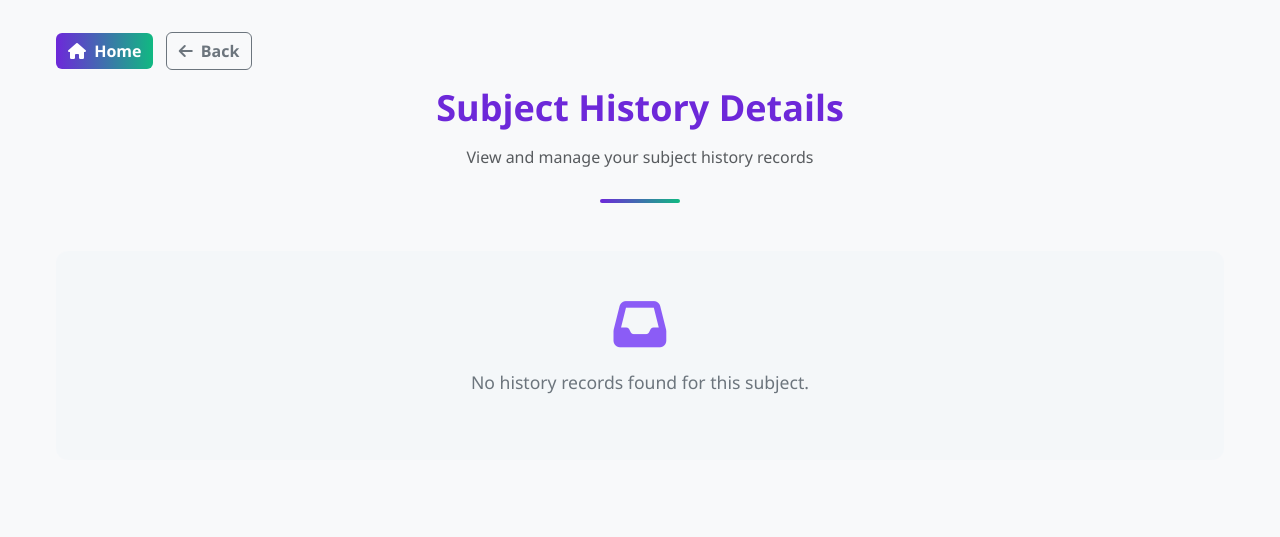
Repository: krishgobi/MedicoApp
Page: templates/subject_history_details.html
An editor plug-in stored every save of this project. The page is shown before and after the next save, followed by the edit.
The browser window is 1280 px wide. The pictures show the whole page.
The page is served by the project's application, run on Flask 3 (chatbot_gemini_backend.py). The template is opened directly, without the code that normally fills it, so the values that code supplies are empty.

Above is the page before, as saved 2025-06-24 18:48:37.

### templates/subject_history_details.html
<!DOCTYPE html>
<html lang="en">
<head>
    <meta charset="UTF-8">
    <meta name="viewport" content="width=device-width, initial-scale=1.0">
    <title>Subject History Details</title>
    <!-- Bootstrap 5 CSS -->
    <link href="https://cdn.jsdelivr.net/npm/bootstrap@5.3.0/dist/css/bootstrap.min.css" rel="stylesheet">
    <!-- Font Awesome -->
    <link rel="stylesheet" href="https://cdnjs.cloudflare.com/ajax/libs/font-awesome/6.4.0/css/all.min.css">
    <!-- Animate.css -->
    <link rel="stylesheet" href="https://cdnjs.cloudflare.com/ajax/libs/animate.css/4.1.1/animate.min.css">
    <!-- Custom CSS -->
    <style>
        :root {
            --primary: #6d28d9;
            --primary-light: #8b5cf6;
            --primary-dark: #4c1d95;
            --secondary: #10b981;
            --accent: #f59e0b;
            --danger: #ef4444;
            --dark: #1e293b;
            --light: #ffffff;
            --gray: #6c757d;
            --light-gray: #e9ecef;
            --transition-speed: 0.3s;
            --transition-easing: cubic-bezier(0.4, 0, 0.2, 1);
        }

        body {
            font-family: 'Segoe UI', 'Inter', -apple-system, BlinkMacSystemFont, sans-serif;
            background-color: #f8f9fa;
            color: #212529;
            line-height: 1.6;
        }

        /* Main Container */
        .main-container {
            max-width: 1200px;
            margin: 2rem auto;
            padding: 0 1rem;
            animation: fadeIn 0.6s var(--transition-easing);
        }

        @keyframes fadeIn {
            from { opacity: 0; transform: translateY(20px); }
            to { opacity: 1; transform: translateY(0); }
        }

        /* Page Header */
        .page-header {
            text-align: center;
            margin-bottom: 3rem;
            position: relative;
            padding-bottom: 1rem;
        }

        .page-header h1 {
            font-weight: 700;
            color: var(--primary);
            font-size: 2.25rem;
            margin-bottom: 1rem;
        }

        .page-header::after {
            content: '';
            position: absolute;
            bottom: 0;
            left: 50%;
            transform: translateX(-50%);
            width: 80px;
            height: 4px;
            background: linear-gradient(90deg, var(--primary) 0%, var(--secondary) 100%);
            border-radius: 2px;
        }

        /* History List */
        .history-list {
            list-style: none;
            padding: 0;
            display: flex;
            flex-direction: column;
            gap: 1.5rem;
        }

        /* History Card */
        .history-card {
            background-color: var(--light);
            border-radius: 0.75rem;
            box-shadow: 0 0.5rem 1rem rgba(0, 0, 0, 0.08);
            padding: 2rem;
            position: relative;
            overflow: hidden;
            border-left: 4px solid var(--primary);
            transition: all var(--transition-speed) var(--transition-easing);
            animation: fadeInUp 0.5s var(--transition-easing);
            animation-fill-mode: both;
        }

        @keyframes fadeInUp {
            from { opacity: 0; transform: translateY(20px); }
            to { opacity: 1; transform: translateY(0); }
        }

        .history-card:hover {
            transform: translateY(-5px);
            box-shadow: 0 1rem 2rem rgba(0, 0, 0, 0.12);
        }

        /* Staggered animations for cards */
        .history-card:nth-child(1) { animation-delay: 0.1s; }
        .history-card:nth-child(2) { animation-delay: 0.2s; }
        .history-card:nth-child(3) { animation-delay: 0.3s; }
        .history-card:nth-child(n+4) { animation-delay: 0.4s; }

        /* Card Content */
        .card-field {
            margin-bottom: 1rem;
            display: flex;
            flex-wrap: wrap;
        }

        .card-field strong {
            color: var(--primary-dark);
            font-weight: 600;
            min-width: 160px;
            margin-right: 1rem;
        }

        .card-field p {
            margin: 0;
            color: var(--dark);
            flex: 1;
        }

        /* Action Buttons */
        .action-buttons {
            position: absolute;
            top: 1.5rem;
            right: 1.5rem;
            display: flex;
            gap: 0.75rem;
        }

        .action-btn {
            width: 2.5rem;
            height: 2.5rem;
            border-radius: 50%;
            display: flex;
            align-items: center;
            justify-content: center;
            font-size: 1rem;
            cursor: pointer;
            transition: all var(--transition-speed) var(--transition-easing);
            border: none;
            color: white;
            box-shadow: 0 2px 8px rgba(0, 0, 0, 0.1);
        }

        .action-btn:hover {
            transform: scale(1.1);
        }

        .share-btn {
            background-color: var(--primary);
        }

        .share-btn:hover {
            background-color: var(--primary-light);
        }

        .download-btn {
            background-color: var(--secondary);
        }

        .download-btn:hover {
            background-color: #34d399;
        }

        /* Extra Fields Section */
        .extra-fields {
            margin-top: 1.5rem;
            padding-top: 1.5rem;
            border-top: 1px dashed var(--light-gray);
        }

        .extra-fields strong {
            display: block;
            margin-bottom: 0.5rem;
        }

        /* Empty State */
        .empty-state {
            text-align: center;
            padding: 3rem;
            background-color: rgba(241, 245, 249, 0.5);
            border-radius: 0.75rem;
            color: var(--gray);
            font-size: 1.1rem;
            animation: fadeIn 0.6s var(--transition-easing);
        }

        /* Ripple Effect */
        .ripple {
            position: absolute;
            border-radius: 50%;
            background-color: rgba(255, 255, 255, 0.4);
            transform: scale(0);
            animation: ripple var(--transition-speed) linear;
            pointer-events: none;
        }

        @keyframes ripple {
            to {
                transform: scale(4);
                opacity: 0;
            }
        }

        /* Responsive Design */
        @media (max-width: 768px) {
            .main-container {
                margin: 1rem auto;
            }

            .page-header h1 {
                font-size: 1.75rem;
            }

            .history-card {
                padding: 1.5rem;
            }

            .card-field strong {
                min-width: 120px;
                margin-bottom: 0.25rem;
            }

            .action-buttons {
                top: 1rem;
                right: 1rem;
            }

            .action-btn {
                width: 2.2rem;
                height: 2.2rem;
                font-size: 0.9rem;
            }
        }

        @media (max-width: 576px) {
            .page-header h1 {
                font-size: 1.5rem;
            }

            .history-card {
                padding: 1.25rem;
            }

            .card-field strong {
                min-width: 100%;
                margin-bottom: 0.25rem;
            }
        }
    </style>
</head>
<body>
    <div class="main-container">
        <div class="d-flex justify-content-between align-items-center mb-3">
            <div>
                <a href="/dashboard" class="btn btn-primary me-2" style="background: linear-gradient(90deg, var(--primary) 0%, var(--secondary) 100%); border: none; font-weight: 600;">
                    <i class="fas fa-home me-1"></i> Home
                </a>
                <button onclick="window.history.back()" class="btn btn-outline-secondary" style="font-weight: 600;">
                    <i class="fas fa-arrow-left me-1"></i> Back
                </button>
            </div>
        </div>

        <div class="page-header">
            <h1>Subject History Details</h1>
            <p class="text-muted">View and manage your subject history records</p>
        </div>

        {% if subjects %}
            <ul class="history-list">
                {% for entry in subjects %}
                    <li class="history-card">
                        <div class="action-buttons">
                            <button class="action-btn download-btn" title="Download"
                                onclick="downloadAsText(`Subject Name: {{ entry.namesub }}\nPosting Name: {{ entry.posting_name }}\nPatient Name: {{ entry.patient_name }}\nDisease Details: {{ entry.disease_detail }}\nRemarks: {{ entry.remarks }}\nDate: {{ entry.date }}\nDuration: {{ entry.duration_date }}\nRemainder Date: {{ entry.remainder_date }}\nRemainder Time: {{ entry.remainder_time }}{% if entry.extra_fields %}\nExtra Fields: {{ entry.extra_fields }}{% endif %}`, '{{ entry.namesub }}-history.txt')">
                                <i class="fas fa-download"></i>
                            </button>
                            <button class="action-btn share-btn" title="Share as PDF"
                                onclick="shareCardAsPDF(`Subject Name: {{ entry.namesub }}\nPosting Name: {{ entry.posting_name }}\nPatient Name: {{ entry.patient_name }}\nDisease Details: {{ entry.disease_detail }}\nRemarks: {{ entry.remarks }}\nDate: {{ entry.date }}\nDuration: {{ entry.duration_date }}\nRemainder Date: {{ entry.remainder_date }}\nRemainder Time: {{ entry.remainder_time }}{% if entry.extra_fields %}\nExtra Fields: {{ entry.extra_fields }}{% endif %}`,'{{ entry.namesub }}-history.pdf')">
                                <i class="fas fa-file-pdf"></i>
                            </button>
                        </div>

                        <div class="card-field">
                            <strong>Subject Name:</strong>
                            <p>{{ entry.namesub }}</p>
                        </div>

                        <div class="card-field">
                            <strong>Posting Name:</strong>
                            <p>{{ entry.posting_name }}</p>
                        </div>

                        <div class="card-field">
                            <strong>Patient Name:</strong>
                            <p>{{ entry.patient_name }}</p>
                        </div>

                        <div class="card-field">
                            <strong>Disease Details:</strong>
                            <p>{{ entry.disease_detail }}</p>
                        </div>

                        <div class="card-field">
                            <strong>Remarks:</strong>
                            <p>{{ entry.remarks }}</p>
                        </div>

                        <div class="card-field">
                            <strong>Date:</strong>
                            <p>{{ entry.date }}</p>
                        </div>

                        <div class="card-field">
                            <strong>Duration:</strong>
                            <p>{{ entry.duration_date }}</p>
                        </div>

                        <div class="card-field">
                            <strong>Remainder Date:</strong>
                            <p>{{ entry.remainder_date }}</p>
                        </div>

                        <div class="card-field">
                            <strong>Remainder Time:</strong>
                            <p>{{ entry.remainder_time }}</p>
                        </div>

                        {% if entry.extra_fields %}
                            <div class="extra-fields">
                                <div class="card-field">
                                    <strong>Extra Fields:</strong>
                                    <p>{{ entry.extra_fields }}</p>
                                </div>
                            </div>
                        {% endif %}
                    </li>
                {% endfor %}
            </ul>
        {% else %}
            <div class="empty-state">
                <i class="fas fa-inbox fa-3x mb-3" style="color: var(--primary-light);"></i>
                <p>No history records found for this subject.</p>
            </div>
        {% endif %}
    </div>

    <!-- Bootstrap JS Bundle with Popper -->
    <script src="https://cdn.jsdelivr.net/npm/bootstrap@5.3.0/dist/js/bootstrap.bundle.min.js"></script>

    <script>
        // Add ripple effect to buttons
        document.addEventListener('click', function(e) {
            if (e.target.closest('.action-btn')) {
                const btn = e.target.closest('.action-btn');
                const rect = btn.getBoundingClientRect();
                const ripple = document.createElement('span');
                ripple.classList.add('ripple');
                ripple.style.width = ripple.style.height = Math.max(rect.width, rect.height) + 'px';
                ripple.style.left = e.clientX - rect.left - ripple.offsetWidth / 2 + 'px';
                ripple.style.top = e.clientY - rect.top - ripple.offsetHeight / 2 + 'px';
                btn.appendChild(ripple);

                setTimeout(() => {
                    ripple.remove();
                }, 600);
            }
        });

        // Share function
        function shareCard(text) {
            if (navigator.share) {
                navigator.share({
                    title: 'Subject History Details',
                    text: text
                }).catch(() => {});
            } else {
                navigator.clipboard.writeText(text);
                alert('Details copied to clipboard!');
            }
        }

        // Download as text file
        function downloadAsText(text, filename) {
            const blob = new Blob([text], { type: 'text/plain' });
            const url = URL.createObjectURL(blob);
            const a = document.createElement('a');
            a.href = url;
            a.download = filename || 'subject-history.txt';
            document.body.appendChild(a);
            a.click();
            document.body.removeChild(a);
            URL.revokeObjectURL(url);
        }

        // Share as PDF function
        function shareCardAsPDF(text, filename) {
            // Dynamically load jsPDF if not already loaded
            if (typeof window.jspdf === 'undefined') {
                var script = document.createElement('script');
                script.src = 'https://cdnjs.cloudflare.com/ajax/libs/jspdf/2.5.1/jspdf.umd.min.js';
                script.onload = function() { generateAndSharePDF(text, filename); };
                document.head.appendChild(script);
            } else {
                generateAndSharePDF(text, filename);
            }
        }

        function generateAndSharePDF(text, filename) {
            const { jsPDF } = window.jspdf || window.jspdf_umd;
            const doc = new jsPDF();
            const lines = doc.splitTextToSize(text, 180);
            doc.text(lines, 15, 20);
            const pdfBlob = doc.output('blob');
            const pdfFile = new File([pdfBlob], filename || 'subject-history.pdf', { type: 'application/pdf' });
            if (navigator.canShare && navigator.canShare({ files: [pdfFile] })) {
                navigator.share({
                    title: 'Subject History Details',
                    files: [pdfFile]
                }).catch(() => {});
            } else {
                // Fallback: download the PDF
                const url = URL.createObjectURL(pdfBlob);
                const a = document.createElement('a');
                a.href = url;
                a.download = filename || 'subject-history.pdf';
                document.body.appendChild(a);
                a.click();
                document.body.removeChild(a);
                URL.revokeObjectURL(url);
                alert('PDF downloaded. Sharing is not supported on this device/browser.');
            }
        }
    </script>
</body>
</html>

### chatbot_gemini_backend.py
import os
from flask import Flask, request, jsonify
import requests

app = Flask(__name__)
GEMINI_API_KEY = "AIzaSyABcdZqp5FYzjKqQYEJc234YDbd123Uxa8"
GEMINI_API_URL = "https://aistudio.google.com/apikey"

@app.route('/chatbot-gemini', methods=['POST'])
def chatbot_gemini():
    data = request.json
    user_message = data.get('message', '')
    project_context = data.get('context', '')
    prompt = f"User: {user_message}\nProject Data: {project_context}\nAssistant:"
    payload = {
        "contents": [{"parts": [{"text": prompt}]}]
    }
    try:
        resp = requests.post(GEMINI_API_URL, json=payload)
        resp.raise_for_status()
        gemini_reply = resp.json()['candidates'][0]['content']['parts'][0]['text']
        return jsonify({"reply": gemini_reply})
    except Exception as e:
        return jsonify({"reply": "Sorry, I couldn't reach Gemini API. (" + str(e) + ")"}), 500

if __name__ == '__main__':
    app.run(debug=True)

After the next save:
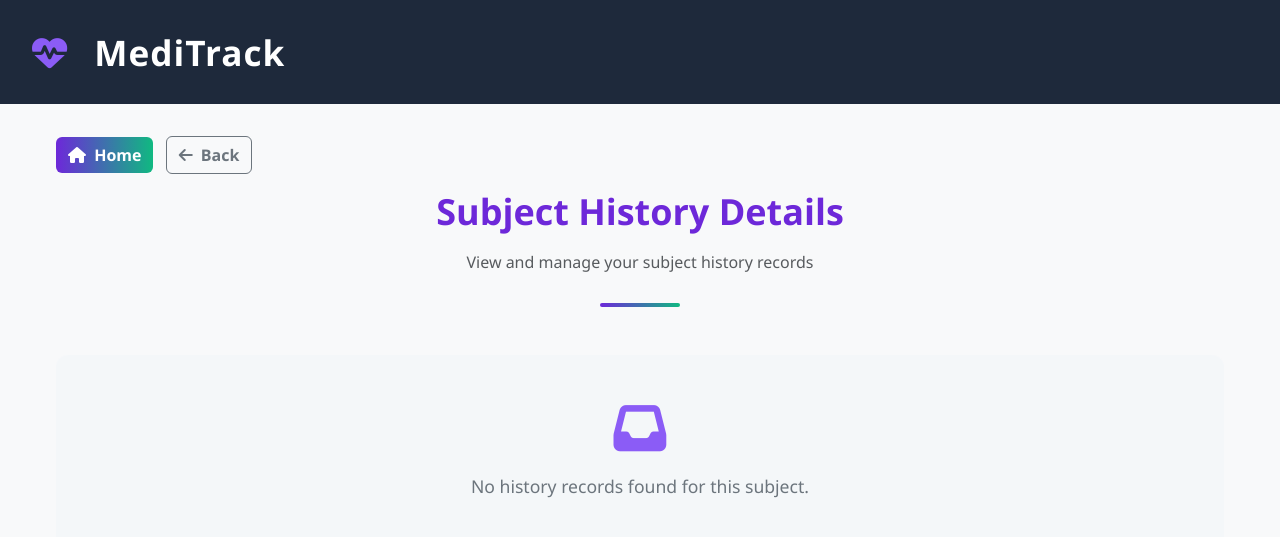
Saved 9 s later.
--- a/templates/subject_history_details.html
+++ b/templates/subject_history_details.html
@@ -265,6 +265,11 @@
     </style>
 </head>
 <body>
+    <nav style="background: var(--dark); padding: 1.5rem 2rem; display: flex; align-items: center;">
+        <span class="sidebar-brand" style="font-size:2.2rem; color:white; font-weight:900; letter-spacing:1px;">
+            <i class="fas fa-heartbeat" style="color:var(--primary-light); font-size:2.2rem; margin-right:1rem;"></i> MediTrack
+        </span>
+    </nav>
     <div class="main-container">
         <div class="d-flex justify-content-between align-items-center mb-3">
             <div>
